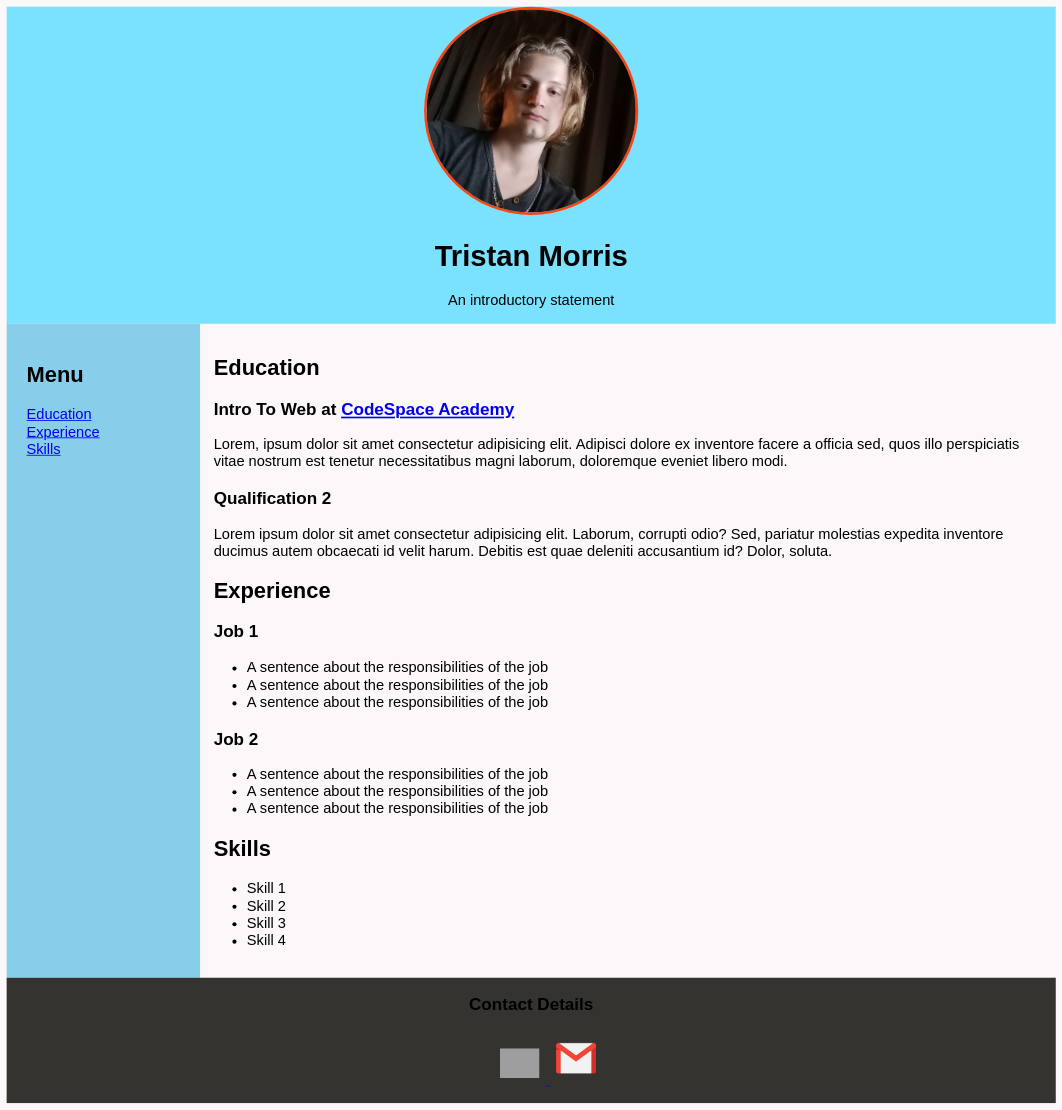
Repository: TristanKMorris/introToWebDesignAssignment
Page: resume1.html
An editor plug-in stored every save of this project. The page is shown before and after the next save, followed by the edit.
The browser window is 1280 px wide. The pictures show the whole page, at 83% of full size.
Pictures or frames that could not be fetched are drawn as grey boxes.

Above is the page before, as saved 2022-06-02 21:02:21.

### resume1.html

<!DOCTYPE html>
<html
  <head>
    <title>My first web page</title>

    <link rel="stylesheet" type="text/css" href="css/stylesheet.css">

  </head>

  <body>

   <header id="heading">
        <img src="images/tristanPortrait.jpg" alt="Tristan Morris Portrait" id="profilePhoto"/>

      <h1>Tristan Morris</h1>
        <p>An introductory statement</p>

    </header>

    <main class="main">

      <div id="sidebar">

        <nav>

          <h2>Menu</h2>

           <ul class="navMenu">
              <li><a href="#education">Education</a></li>
              <li><a href="#experience">Experience</a></li>
              <li><a href="#skills">Skills</a></li>
            </ul>

        </nav>

      </div>

        <div class="content">

          <h2 id="education">Education</h2>

            <h3>Intro To Web at <a href="http://codespace.co.za/" target="_blank">CodeSpace Academy</a> </h3>

             <p>
               Lorem, ipsum dolor sit amet consectetur adipisicing elit. Adipisci dolore
               ex inventore facere a officia sed, quos illo perspiciatis vitae nostrum
               est tenetur necessitatibus magni laborum, doloremque eveniet libero modi.
             </p>

            <h3>Qualification 2</h3>

             <p>
                Lorem ipsum dolor sit amet consectetur adipisicing elit. Laborum, corrupti
                odio? Sed, pariatur molestias expedita inventore ducimus autem obcaecati
                id velit harum. Debitis est quae deleniti accusantium id? Dolor, soluta.
              </p>

          <h2 id="experience">Experience</h2>

            <h3>Job 1</h3>

            <ul>

              <li>A sentence about the responsibilities of the job</li>
              <li>A sentence about the responsibilities of the job</li>
              <li>A sentence about the responsibilities of the job</li>

            </ul>

            <h3>Job 2</h3>

            <ul>

              <li>A sentence about the responsibilities of the job</li>
              <li>A sentence about the responsibilities of the job</li>
              <li>A sentence about the responsibilities of the job</li>

            </ul>

          <h2 id="skills">Skills</h2>

            <ul>
              <li>Skill 1</li>
              <li>Skill 2</li>
              <li>Skill 3</li>
              <li>Skill 4</li>
            </ul>

        </div>

    </main>

    <footer>

      <h3>Contact Details</h3>
      <ul>
          <a href="http://www.instagram.com/tristan_k_morris" target="_blank">
           <img class="icons" src="images/instagramIcon.png" alt="Tristan Morris Instagram">

          </a>

          <a href="http://mail.google.com" target="_blank">
           <img class="icons" src="images/gmailIcon.png" alt="Tristan Morris Email">

          </a>

      </ul>

    </footer>


  </body>
</html>

### css/stylesheet.css
body{
  font-family: sans-serif;
  font-size:110%;
  background-color: #FCF7F8;
  display: flex;
  flex-direction: column;
}

.main{
  display: flex;
  flex-direction: row;
  overflow: unset;
}

#profilePhoto{
  width: 20%;
  height: 20%;
  border-radius: 50%;
  border: 3px solid #ff4310;
}

header {
  text-align: center;
  justify-content: center;
}
#heading{
  font-family: sans-serif;
  font: size 110%;
  background-color: #7ae2ff;
}

footer {
  background-color: #343330;
  text-align: center;
}
#sidebar{
  width: 25%;
  background-color: skyblue;
  padding: 1.5rem;
  color: black;
}
.navMenu{
  list-style-type: none;
  padding: 0%;
}

.icons{
  width: 3rem;
  margin: 0.5rem;
  height: auto;
}

.content{
  width: auto;
  margin: 1rem;
  height: auto;
}

After the next save:
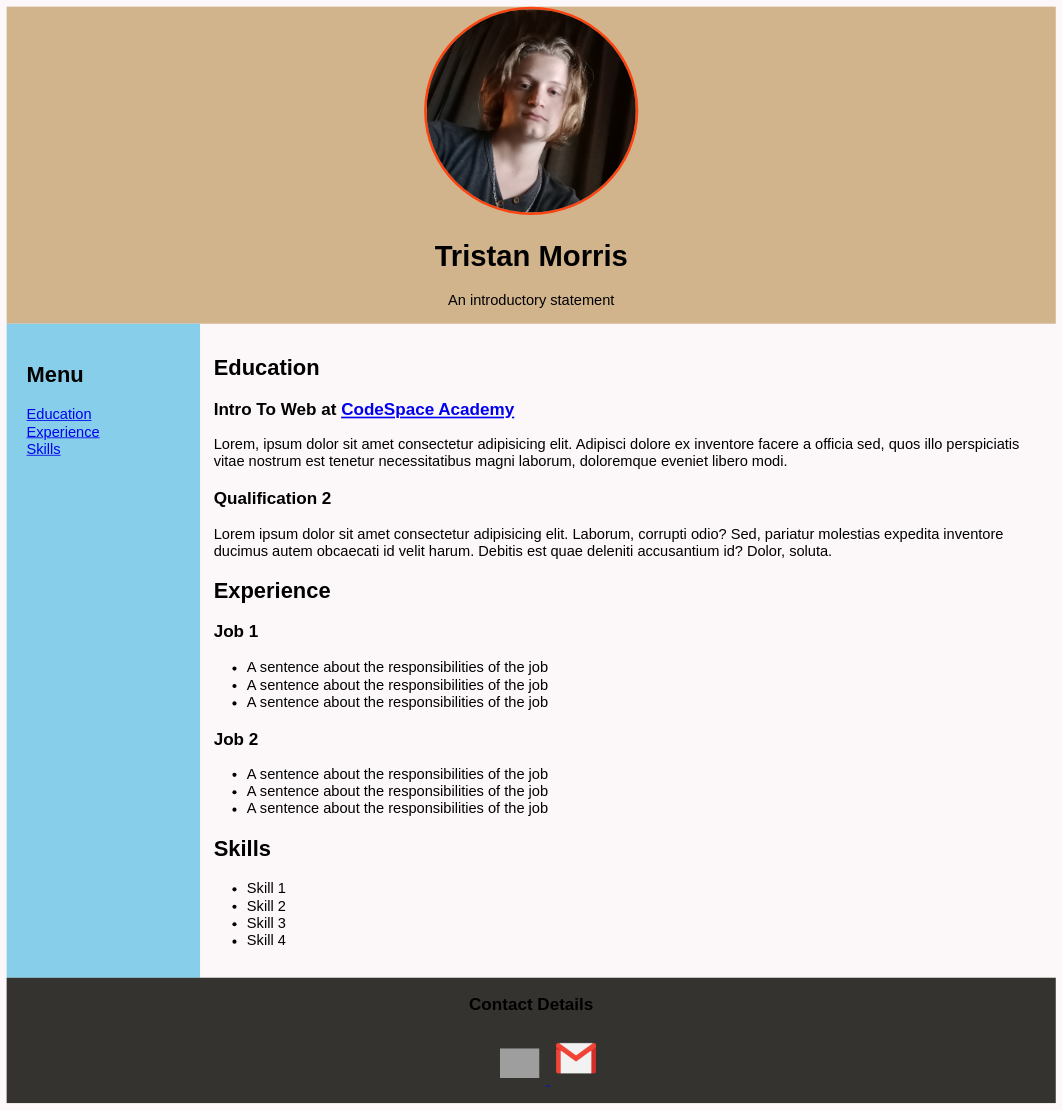
Saved 20 s later.
--- a/css/stylesheet.css
+++ b/css/stylesheet.css
@@ -26,7 +26,7 @@ header {
 #heading{
   font-family: sans-serif;
   font: size 110%;
-  background-color: #7ae2ff;
+  background-color: tan;
 }
 
 footer {
